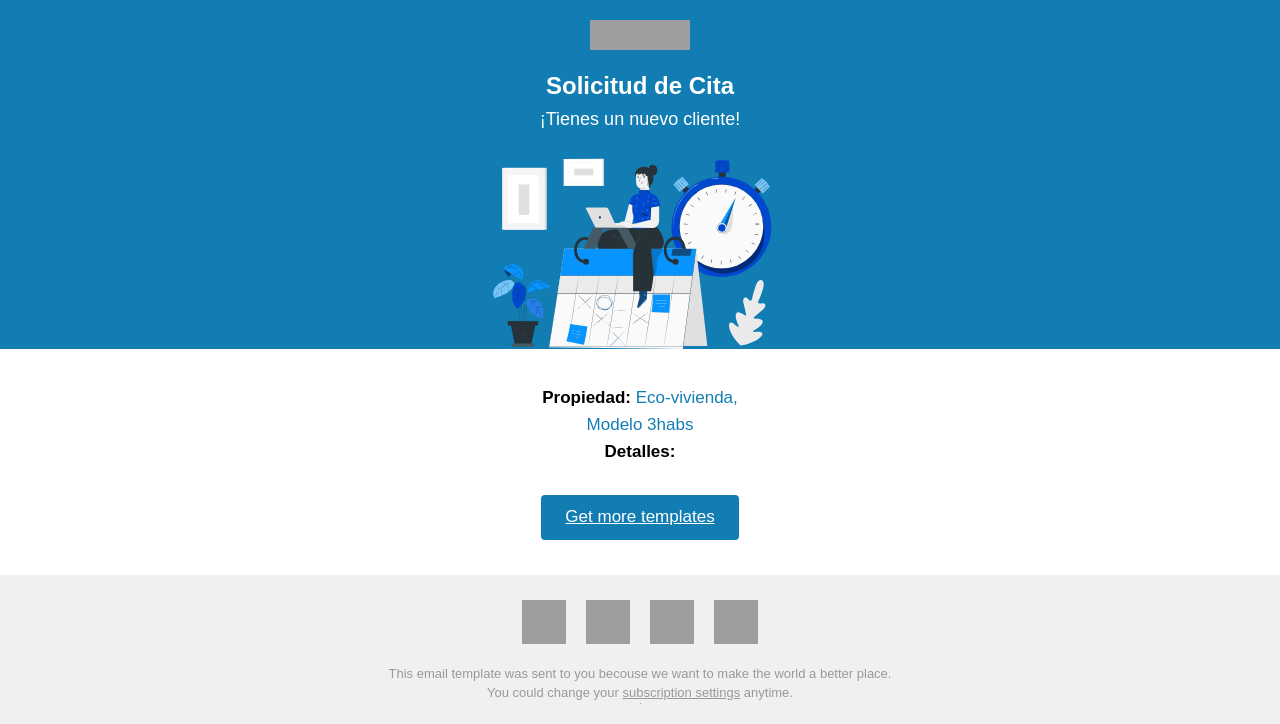
Repository: FabioMadrid/atlas_code
Page: correo_cita_vendedor.html
The author's editor kept a copy of each file at every save. The page is drawn from the files as they stood at one save, then again after the next save.
The browser window is 1280 px wide. The pictures show the whole page.
Pictures or frames that could not be fetched are drawn as grey boxes.

Above is the page before, as saved 2021-01-14 16:31:05.

After the next save:
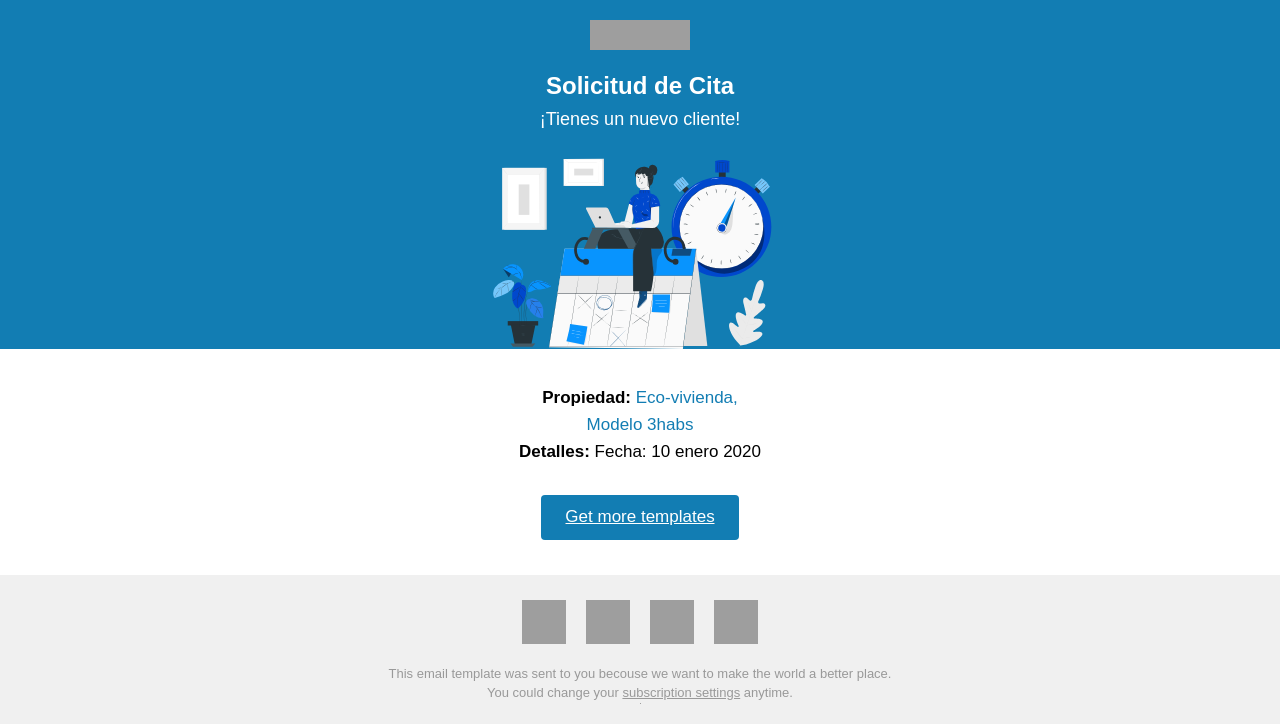
Saved 21 s later.
--- a/correo_cita_vendedor.html
+++ b/correo_cita_vendedor.html
@@ -157,6 +157,8 @@ a, a:hover {
             href="https://atlashome.hn/vistaCondominio/14">Eco-vivienda, Modelo 3habs</b></a> <br>
 
             <b>Detalles:</b>
+
+            Fecha: 10 enero 2020
 
         </td>
     </tr>
